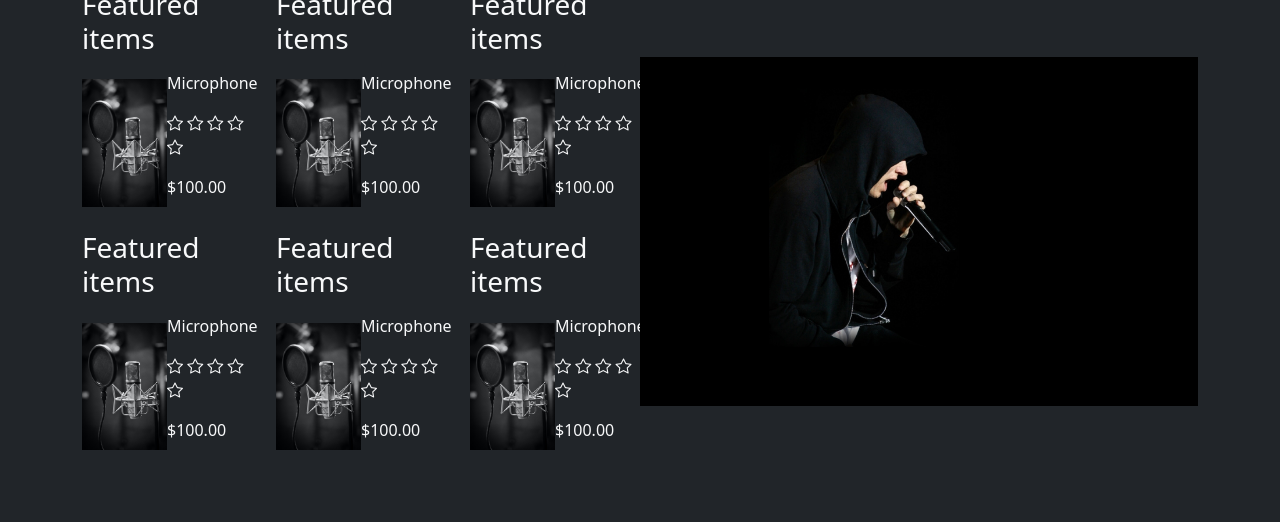
Repository: Eugene44-hub/music-workshop-site
Page: index.html
The author's editor kept a copy of each file at every save. The page is drawn from the files as they stood at one save, then again after the next save.
The browser window is 1280 px wide. The pictures show the part of the page from y = 1393 to 2094 px (the page is 1915 px tall before and 2094 px after).
A picture or video elsewhere on the page could not be fetched, so the positions and the page height are approximate. Some web libraries are served in a nearby version.

Above is the page before, as saved 2021-10-24 14:21:35.

### index.html
<!DOCTYPE html>
<html lang="en">

<head>
    <meta charset="UTF-8">
    <meta http-equiv="X-UA-Compatible" content="IE=edge">
    <meta name="viewport" content="width=device-width, initial-scale=1.0">
    <title>Document</title>
    <link rel="stylesheet" href="style.css">
    <!-- CSS only -->
    <link href="https://cdn.jsdelivr.net/npm/bootstrap@5.1.3/dist/css/bootstrap.min.css" rel="stylesheet" integrity="sha384-1BmE4kWBq78iYhFldvKuhfTAU6auU8tT94WrHftjDbrCEXSU1oBoqyl2QvZ6jIW3" crossorigin="anonymous">
    <link rel="stylesheet" href="https://cdn.jsdelivr.net/npm/bootstrap-icons@1.6.1/font/bootstrap-icons.css">
</head>

<body class="bg-dark p-md-5 p-3">
    <!-- registeration starts  -->
    <section id="registration">
        <div class="container">
            <div class="d-lg-flex text-white bg-black align-items-center" id="regImg">
                <div id="regText" class="col-md text-center p-5">
                    <h2 id="musicheader" class="text-uppercase fs-2">
                        music workshop </h2>
                    <p class="text-danger"> free Workshop and classes</p>
                    <p class="text-secondary">Website services that aren't tailored to your users create missed oppurtunities. the structure and flow of your website should be logical and</p>
                    <div class="mt-5">
                        <button class="btn btn-danger mx-2">Register Now</button>
                        <button class="btn text-light mx-2"><i class="bi bi-caret-down-fill"></i> PLAY VIDEO</button>
                    </div>
                </div>
                <div class="col-md"> <img src="images/eminem.jpg" alt="" class="img-fluid"></div>

            </div>
        </div>
    </section>
    <!-- registeration ends  -->

    <!-- whats new starts -->
    <section class="text-light">
        <div class="container">
            <h2 id="new" class='text-center text-light fs-3 my-5'>What's new</h2>
            <div class="d-lg-flex row-sm  align-items-stretch">
                <div class="col-sm-6 col-lg m-auto">
                    <img src="images/microphone.jpg" class="img-fluid" alt="">
                </div>
                <div id="protextContain" class=" mx-sm-auto col-sm-6 col-lg py-5 py-lg-0 position-relative d-flex border-top border-danger ms-lg-3 mt-5 mt-lg-0">
                    <div id="proText" class="my-lg-auto ">
                        <h4 class="lead">
                            PRO SILENT <br> SYMPHONY
                        </h4>
                        <small>june 2021 By unik creative</small>
                        <p class="mt-5">site services that <br> aren't tailored</p>
                    </div>
                </div>
                <div class="col-sm-6 col-lg m-auto">
                    <img src="images/microphone.jpg" class="img-fluid" alt="">
                </div>
                <div id=protextContain class="mx-sm-auto col-sm-6 col-lg py-5 py-lg-0 position-relative d-flex border-top border-danger ms-lg-3 mt-5 mt-lg-0">
                    <div id="proText" class="my-lg-auto ">
                        <h4 class="lead">
                            PRO SILENT <br> SYMPHONY
                        </h4>
                        <small>june 2021 By unik creative</small>
                        <p class="mt-5">site services that <br> aren't tailored</p>
                    </div>

                </div>
                <div class="col-sm-6 col-lg m-auto">
                    <img src="images/microphone.jpg" class="img-fluid" alt="">
                </div>

                <div id=protextContain class="mx-sm-auto col-sm-6 col-lg py-5 py-lg-0 position-relative d-flex border-top border-danger ms-lg-3 mt-5 mt-lg-0">
                    <div id="proText" class="my-lg-auto ">
                        <h4 class="lead">
                            PRO SILENT <br> SYMPHONY
                        </h4>
                        <small>june 2021 By unik creative</small>
                        <p class="mt-5">site services that <br> aren't tailored</p>
                    </div>

                </div>
            </div>
        </div>

    </section>
    <!-- whats new ends -->

    <!-- newletter section starts -->
    <section class="text-light ">
        <div class="container">
            <div class="d-lg-flex">
                <div class="col-md bg-danger d-flex p-5 m-auto newsletter">
                    <div class="m-auto">
                        <h2>SUBSCRIBE TO OUR NEWS LETTER</h2>
                        <p>subscribe to our News Letter to get the latest news about our products</p>
                        <input type="text" class="form-control">
                    </div>

                </div>
                <div class="col-md d-flex  p-5 newsletter" id="eminemBack">
                    <div class="m-auto ">
                        <h1 class="text-danger text-center" style="font-size:80px">"</h1>
                        <p class="text-center lead ">Website services that aren't tailored to your users create missed opputunities. The structure and flow of your website should be logical and straightforward
                        </p>
                        <div class="d-flex  align-items-center justify-content-center">
                            <img src="http://randomuser.me/api/portraits/men/4.jpg" class="rounded-circle img-fluid mx-2 " alt="">
                            <div class='mx-2'>
                                <h4>Lung Li</h3>
                                    <small>Singer</small>
                            </div>

                        </div>

                    </div>
                </div>
            </div>
        </div>
    </section>
    <!-- newletter section ends -->

    <!-- items starts-->
    <section class="text-light">
        <div class="container ">
            <div class="d-lg-flex align-items-center col pt-5">
                <div class="row col pt-5">
                    <div class="col-md-4 col-7 col-lg-4 m-auto m-md-0 py-3 pt-md-0 ">
                        <h3 class="mb-5 mb-md-3">Featured items</h3>
                        <div class="d-md-flex align-items-center">
                            <div> <img src="images/microphone.jpg" class="img-fluid" alt=""></div>

                            <div class="col-6">
                                <p>Microphone</p>
                                <p>
                                    <i class="bi bi-star"></i>
                                    <i class="bi bi-star"></i>
                                    <i class="bi bi-star"></i>
                                    <i class="bi bi-star"></i>
                                    <i class="bi bi-star"></i>
                                </p>
                                <p>$100.00</p>
                            </div>

                        </div>

                    </div>

                    <div class="col-md-4 col-7 col-lg-4 m-auto py-3 pt-md-0">
                        <h3 class="mb-5 mb-md-3">Featured items</h3>

                        <div class="d-md-flex align-items-center">
                            <div class="col"> <img src="images/microphone.jpg" class="img-fluid" alt=""></div>

                            <div class="col-6">
                                <p class="">Microphone</p>
                                <p>
                                    <i class="bi bi-star"></i>
                                    <i class="bi bi-star"></i>
                                    <i class="bi bi-star"></i>
                                    <i class="bi bi-star"></i>
                                    <i class="bi bi-star"></i>
                                </p>
                                <p>$100.00</p>
                            </div>

                        </div>
                    </div>
                    <div class="col-md-4 col-7 col-lg-4 m-auto py-3 pt-md-0">
                        <h3 class="mb-5 mb-md-3">Featured items</h3>

                        <div class="d-md-flex align-items-center">
                            <div> <img src="images/microphone.jpg" class="img-fluid" alt=""></div>

                            <div class="col-6">
                                <p>Microphone</p>
                                <p>
                                    <i class="bi bi-star"></i>
                                    <i class="bi bi-star"></i>
                                    <i class="bi bi-star"></i>
                                    <i class="bi bi-star"></i>
                                    <i class="bi bi-star"></i>
                                </p>
                                <p>$100.00</p>
                            </div>
                        </div>
                    </div>

                    <div class="col-md-4 col-7 col-lg-4 m-auto py-3 pt-md-0">
                        <h3 class="mb-5 mb-md-3">Featured items</h3>

                        <div class="d-md-flex align-items-center">
                            <div> <img src="images/microphone.jpg" class="img-fluid" alt=""></div>

                            <div class="col-6">
                                <p>Microphone</p>
                                <p>
                                    <i class="bi bi-star"></i>
                                    <i class="bi bi-star"></i>
                                    <i class="bi bi-star"></i>
                                    <i class="bi bi-star"></i>
                                    <i class="bi bi-star"></i>
                                </p>
                                <p>$100.00</p>
                            </div>

                        </div>

                    </div>

                    <div class="col-md-4 col-7 col-lg-4 m-auto py-3 pt-md-0">
                        <h3 class="mb-5 mb-md-3">Featured items</h3>

                        <div class="d-md-flex align-items-center">
                            <div> <img src="images/microphone.jpg" class="img-fluid" alt=""></div>

                            <div class="col-6">
                                <p>Microphone</p>
                                <p>
                                    <i class="bi bi-star"></i>
                                    <i class="bi bi-star"></i>
                                    <i class="bi bi-star"></i>
                                    <i class="bi bi-star"></i>
                                    <i class="bi bi-star"></i>
                                </p>
                                <p>$100.00</p>
                            </div>

                        </div>


                    </div>

                    <div class="col-md-4 col-7 col-lg-4 m-auto py-3 pt-md-0">
                        <h3 class="mb-5 mb-md-3">Featured items</h3>

                        <div class="d-md-flex align-items-center">
                            <div> <img src="images/microphone.jpg" class="img-fluid" alt=""></div>

                            <div class="col-6">
                                <p>Microphone</p>
                                <p>
                                    <i class="bi bi-star"></i>
                                    <i class="bi bi-star"></i>
                                    <i class="bi bi-star"></i>
                                    <i class="bi bi-star"></i>
                                    <i class="bi bi-star"></i>
                                </p>
                                <p>$100.00</p>
                            </div>

                        </div>

                    </div>
                </div>


                <img src="images/eminem.jpg" class="img-fluid w-50 pt-5" alt="">


            </div>
        </div>


        </div>
    </section>
    <!-- items ends-->

</body>
<!-- JavaScript Bundle with Popper -->
<script src="https://cdn.jsdelivr.net/npm/bootstrap@5.1.3/dist/js/bootstrap.bundle.min.js " integrity="sha384-ka7Sk0Gln4gmtz2MlQnikT1wXgYsOg+OMhuP+IlRH9sENBO0LRn5q+8nbTov4+1p " crossorigin="anonymous "></script>

</html>

### style.css
#musicheader,
#new {
    letter-spacing: 6px
}

.newsletter {
    height: 500px;
}

#eminemBack {
    background-image: url('images/eminem.jpg');
    background-repeat: no-repeat;
    /* background-size: ; */
    background-position-y: center;
    background-position-x: center;
}

After the next save:
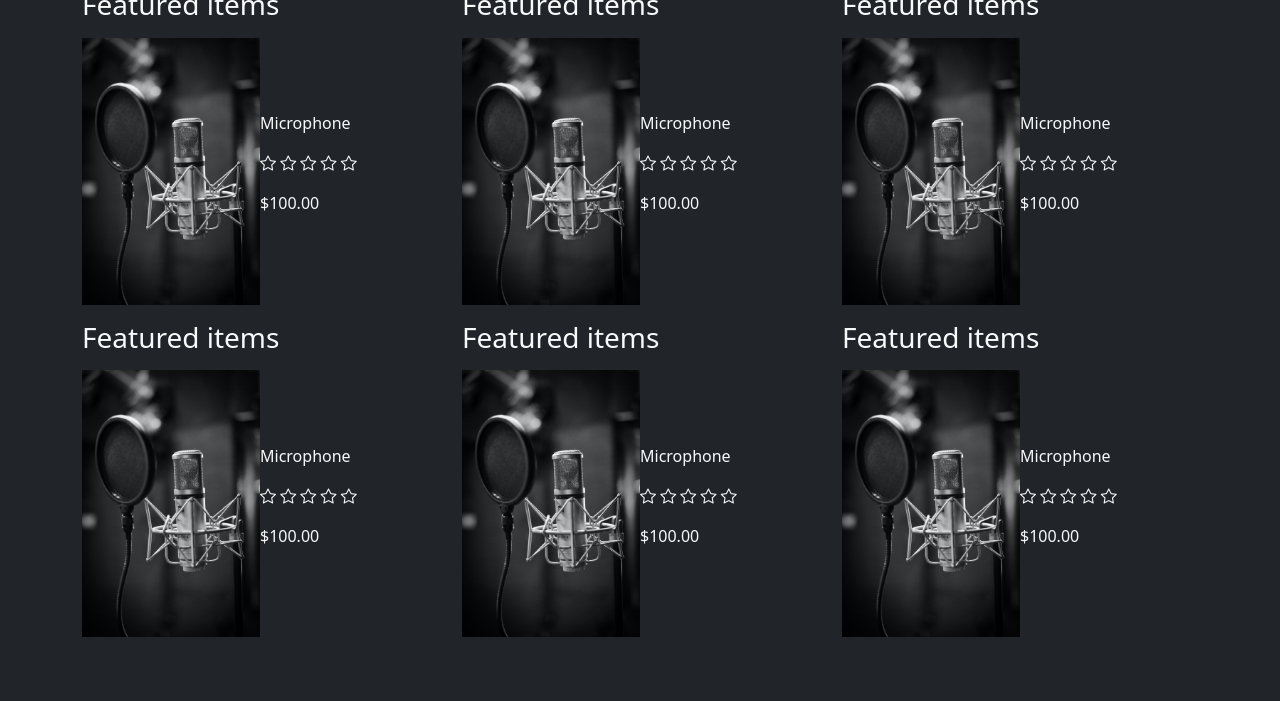
Saved 26 s later.
--- a/index.html
+++ b/index.html
@@ -252,7 +252,7 @@
                 </div>
 
 
-                <img src="images/eminem.jpg" class="img-fluid w-50 pt-5" alt="">
+                <img src="images/eminem.jpg" class="img-fluid w-50 pt-5 d-none" alt="">
 
 
             </div>

After the 3 saves that followed:
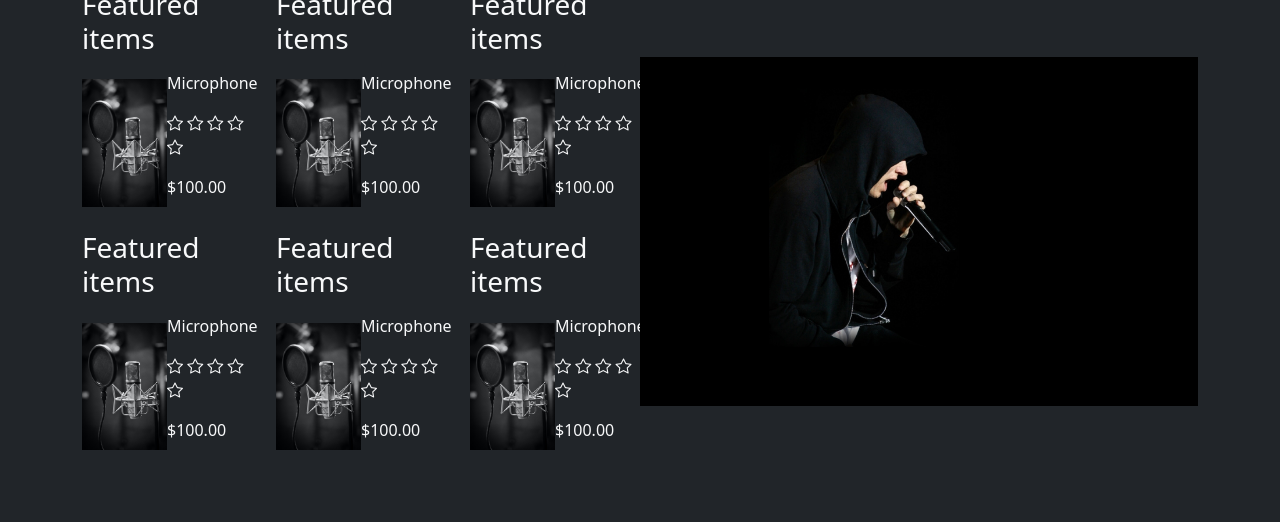
The 3 saves are shown as one change because they came seconds apart.
The last was saved 13 s later.
--- a/index.html
+++ b/index.html
@@ -252,7 +252,7 @@
                 </div>
 
 
-                <img src="images/eminem.jpg" class="img-fluid w-50 pt-5 d-none" alt="">
+                <img src="images/eminem.jpg" class="img-fluid w-50 pt-5 d-none d-lg-block" alt="">
 
 
             </div>
